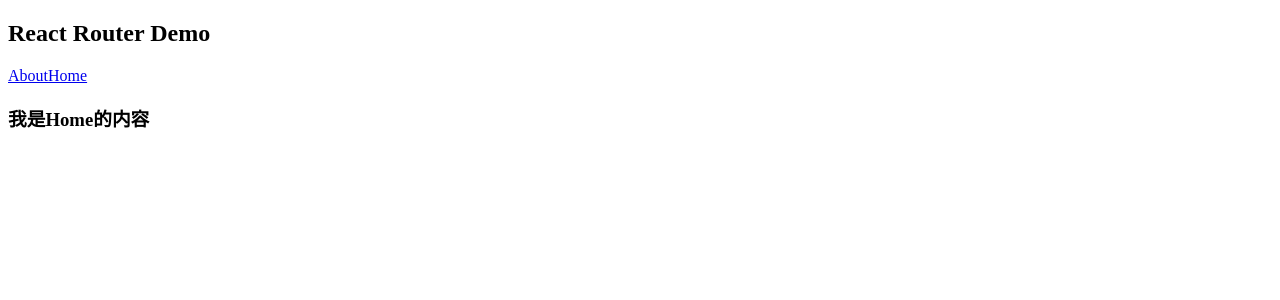
Repository: Astonishing-dreams/react-rouer5
Page: /
These files come from the project's save history. The page is drawn as it stood at one moment and after the next save; the edit follows.
The browser window is 1280 px wide. The pictures show the whole page.
The project was rebuilt for these pictures with package versions that can differ from the ones it lists, and the page was loaded fresh each time. Also part of the build but not shown: src/components/Home.jsx, src/components/About.jsx.

Above is the page before, as saved 2022-07-22 16:38:00.

After the next save:
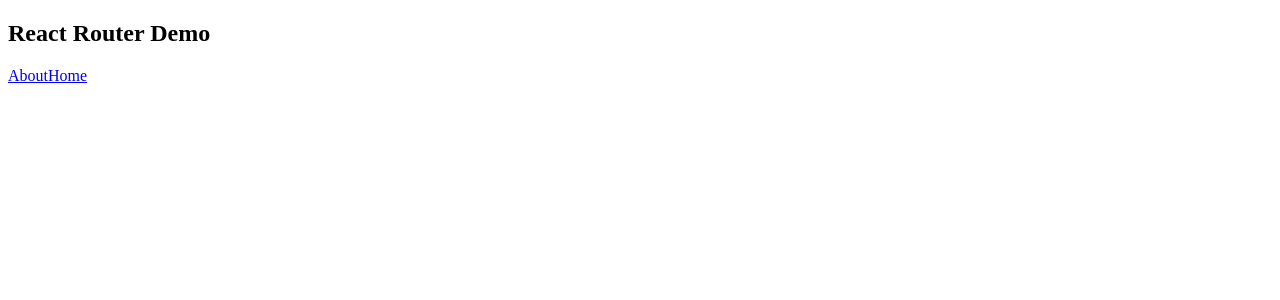
Saved 2 min 39 s later.
--- a/src/App.jsx
+++ b/src/App.jsx
@@ -1,5 +1,5 @@
 import React from 'react'
-import { Link } from 'react-router-dom'
+import { Link, Route } from 'react-router-dom'
 import Home from './components/Home'
 import About from './components/About'
 
@@ -23,7 +23,9 @@ export default function App() {
         <div className="col-xs-6">
           <div className="panel">
             <div className="panel-body">
-              <h3>我是Home的内容</h3>
+              {/* 注册路由 */}
+              <Route path='/about' component={About}></Route>
+              <Route path='/home' component={Home}></Route>
             </div>
           </div>
         </div>
